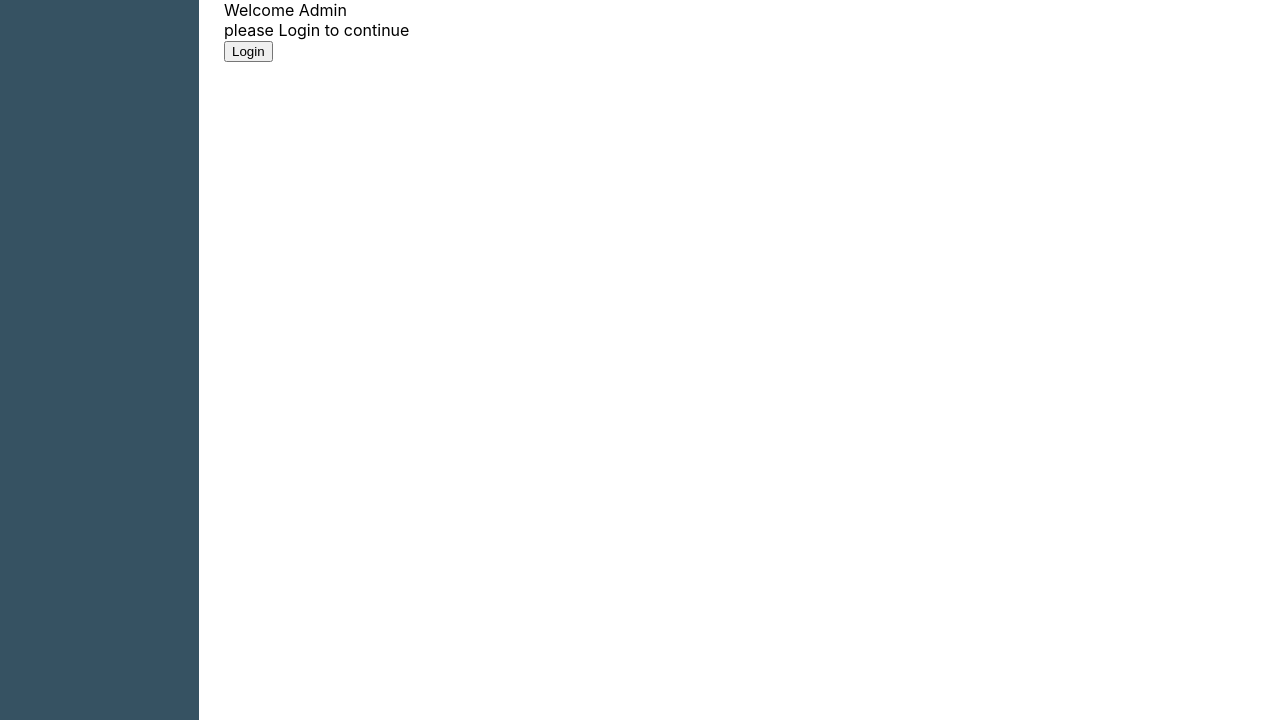
Repository: tatvanhco/shopee-admin
Page: /login
An editor plug-in stored every save of this project. The page is shown before and after the next save, followed by the edit.
The browser window is 1280 px wide. The pictures show the whole page.
The project was rebuilt for these pictures with package versions that can differ from the ones it lists, and the page was loaded fresh each time. Also part of the build but not shown: src/components/common/NotFound.tsx, src/components/common/PrivateRoute.tsx, src/components/layout/Innercontext.tsx, src/components/layout/dashboard.tsx, src/components/layout/productManager.tsx, src/components/layout/ManageOrders.tsx, src/components/layout/catalogManager.tsx, src/components/layout/customerManager.tsx and 5 more.

Above is the page before, as saved 2022-09-28 17:19:53.

### src/index.tsx
import React from 'react';
import { createRoot } from 'react-dom/client';
import { Provider } from 'react-redux';
import { store } from './app/store';
import App from './App';
import reportWebVitals from './reportWebVitals';
import './index.scss';
import { BrowserRouter } from 'react-router-dom';

const container = document.getElementById('root')!;
const root = createRoot(container);

root.render(
    <React.StrictMode>
        <Provider store={store}>
            <BrowserRouter>
                <App />
            </BrowserRouter>
        </Provider>
    </React.StrictMode>,
);

// If you want to start measuring performance in your app, pass a function
// to log results (for example: reportWebVitals(console.log))
// or send to an analytics endpoint. Learn more: https://bit.ly/CRA-vitals
reportWebVitals();

### src/app/store.ts
import { configureStore, ThunkAction, Action, getDefaultMiddleware } from '@reduxjs/toolkit';
import createSagaMiddleware from '@redux-saga/core';

const sagaMiddleware = createSagaMiddleware();

export const store = configureStore({
    reducer: {},
    middleware: (getDefaultMiddleware) => getDefaultMiddleware().concat(sagaMiddleware),
});

export type AppDispatch = typeof store.dispatch;
export type RootState = ReturnType<typeof store.getState>;
export type AppThunk<ReturnType = void> = ThunkAction<ReturnType, RootState, unknown, Action<string>>;

### src/App.tsx
import SideBar from 'components/layout/Sidebar';
import MainRouter from 'routes/mainRouter';
import './App.scss';
import './asset/globalStyle/globalStyle.scss';

function App() {
    return (
        <div className="App">
            <SideBar />
            <div className="App__Content">
                <div className="warpper">
                    <MainRouter />
                </div>
            </div>
        </div>
    );
}

export default App;

### src/components/layout/Sidebar.tsx
import * as React from 'react';
import clsx from 'clsx';
import { Link, useLocation, useNavigate } from 'react-router-dom';
import styles from './layout.module.scss';

const SideBar = () => {
    const location = useLocation();
    const navigate = useNavigate();

    const useAuth = () => {
        const checkLogin = localStorage.getItem('user');
        if (checkLogin) {
            return true;
        } else {
            return false;
        }
    };

    const user = useAuth();
    const handleLogout = () => {
        localStorage.removeItem('user');
        navigate('/login');
    };
    return (
        <div className={styles.sideBar}>
            <div className={styles.sideBar__items}>
                {user && (
                    <>
                        <Link
                            to="/dashboard"
                            className={clsx(
                                location.pathname === '/dashboard' ? styles.sidebar_active : '',
                                styles.sideBar__item,
                            )}
                        >
                            Thống kê
                        </Link>
                        <Link
                            to="/productManager"
                            className={clsx(
                                location.pathname === '/productManager' ? styles.sidebar_active : '',
                                styles.sideBar__item,
                            )}
                        >
                            Quản lý sản phẩm
                        </Link>
                        <Link
                            to="/customerManager"
                            className={clsx(
                                location.pathname === '/customerManager' ? styles.sidebar_active : '',
                                styles.sideBar__item,
                            )}
                        >
                            Quản lý khách hàng
                        </Link>
                        <Link
                            to="/emloyeeManager"
                            className={clsx(
                                location.pathname === '/emloyeeManager' ? styles.sidebar_active : '',
                                styles.sideBar__item,
                            )}
                        >
                            Quản lý nhân viên
                        </Link>
                        <Link
                            to="/catalogManager"
                            className={clsx(
                                location.pathname === '/catalogManager' ? styles.sidebar_active : '',
                                styles.sideBar__item,
                            )}
                        >
                            Quản lý danh mục
                        </Link>
                        <Link
                            to="/manageOrders"
                            className={clsx(
                                location.pathname === '/manageOrders' ? styles.sidebar_active : '',
                                styles.sideBar__item,
                            )}
                        >
                            Quản lý đơn hàng
                        </Link>
                        <Link
                            to="/inventoryManagement"
                            className={clsx(
                                location.pathname === '/inventoryManagement' ? styles.sidebar_active : '',
                                styles.sideBar__item,
                            )}
                        >
                            Quản lý kho
                        </Link>
                        {location.pathname !== '/login' && (
                            <button onClick={handleLogout} className={styles.logout_btn}>
                                Đăng xuất
                            </button>
                        )}
                    </>
                )}
                {!user}
            </div>
        </div>
    );
};

export default SideBar;

### src/routes/mainRouter.tsx
import { PrivateRoute, PublicRoute } from 'components/common';
import {
    CatalogManager,
    CustomerManager,
    Dashboard,
    EmloyeeManager,
    InnerContent,
    InventoryManagement,
    ManageOrders,
    ProductManager,
} from 'components/layout';
import LoginPage from 'features/auth/pages/loginPage';
import * as React from 'react';
import { Navigate, Route, Routes } from 'react-router-dom';
const MainRouter = () => (
    <Routes>
        <Route path="/" element={<PrivateRoute />}>
            <Route path="/" element={<InnerContent />}>
                <Route path="/" element={<Navigate replace to="/dashboard" />} />
                <Route path="/dashboard" element={<Dashboard />} />
                <Route path="/productManager" element={<ProductManager />} />
                <Route path="/customerManager" element={<CustomerManager />} />
                <Route path="/emloyeeManager" element={<EmloyeeManager />} />
                <Route path="/catalogManager" element={<CatalogManager />} />
                <Route path="/manageOrders" element={<ManageOrders />} />
                <Route path="/inventoryManagement" element={<InventoryManagement />} />
            </Route>
        </Route>
        <Route path="login" element={<PublicRoute />}>
            <Route path="/login" element={<LoginPage />}></Route>
        </Route>
    </Routes>
);

export default MainRouter;

### src/App.scss
.App {
    display: flex;
}

.App__Content {
    position: relative;
    left: 15%;
    right: 0;
    top: 0;
    bottom: 0;
    width: calc(100% - 15%);
}

.warpper {
    padding: 0 2rem;
}

### src/components/layout/layout.module.scss
.sideBar {
    width: calc(100% - 86%);
    background-color: #365262;
    color: #ebf8fe;
    padding-top: 50px;
    padding-left: 20px;
    height: 100vh;
    position: fixed;
}

.sideBar__items {
    display: flex;
    flex-direction: column;
}

.sideBar__item {
    text-decoration: none;
    color: #fff;
    font-size: 20px;
    font-weight: 600;
    margin: 10px 0;

    &:hover {
        color: aqua;
    }
}

.logout_btn {
    width: 70%;
    height: 30px;
    border: none;
    outline: none;
    border-radius: 20px;
    margin: 20px;
}

.sidebar_active {
    background-color: hsla(0, 0%, 100%, 0.1);
}

### src/components/common/index.ts
export * from './NotFound';
export * from './PrivateRoute';
export * from './publicRouter';

### src/components/layout/index.ts
export * from './Innercontext';
export * from './Sidebar';
export * from './dashboard';
export * from './productManager';
export * from './ManageOrders';
export * from './catalogManager';
export * from './customerManager';
export * from './emloyeeManager';
export * from './inventoryManagement';
export * from './statistical';
export * from './adminLayout';

### src/features/auth/pages/loginPage.tsx
import * as React from 'react';
import { useNavigate } from 'react-router-dom';
import styles from './pages.module.scss';

export default function LoginPage() {
    const navigate = useNavigate();
    const handleLogin = () => {
        localStorage.setItem('user', JSON.stringify({ role: 'Admin' }));
        navigate('/dashboard');
    };
    return (
        <div className={styles.Login_from}>
            <div>Welcome Admin</div>
            <div>please Login to continue</div>
            <button onClick={handleLogin}>Login</button>
        </div>
    );
}

### src/components/common/publicRouter.tsx
import * as React from 'react';
import { Navigate, Outlet, Route } from 'react-router-dom';

const useAuth = () => {
    const checkLogin = localStorage.getItem('user');
    if (checkLogin) {
        return true;
    } else {
        return false;
    }
};

export function PublicRoute(props: any) {
    const checkLogin = useAuth();
    return checkLogin ? <Navigate to="/dashboard" /> : <Outlet />;
}

### src/features/auth/pages/pages.module.scss
.Login_from {
    width: 250px;
    height: 400px;
    margin: 25 auto;
}

Loaded but not shown: public/index.html (common file); src/reportWebVitals.ts (common file); src/index.scss (common file)

After the next save:
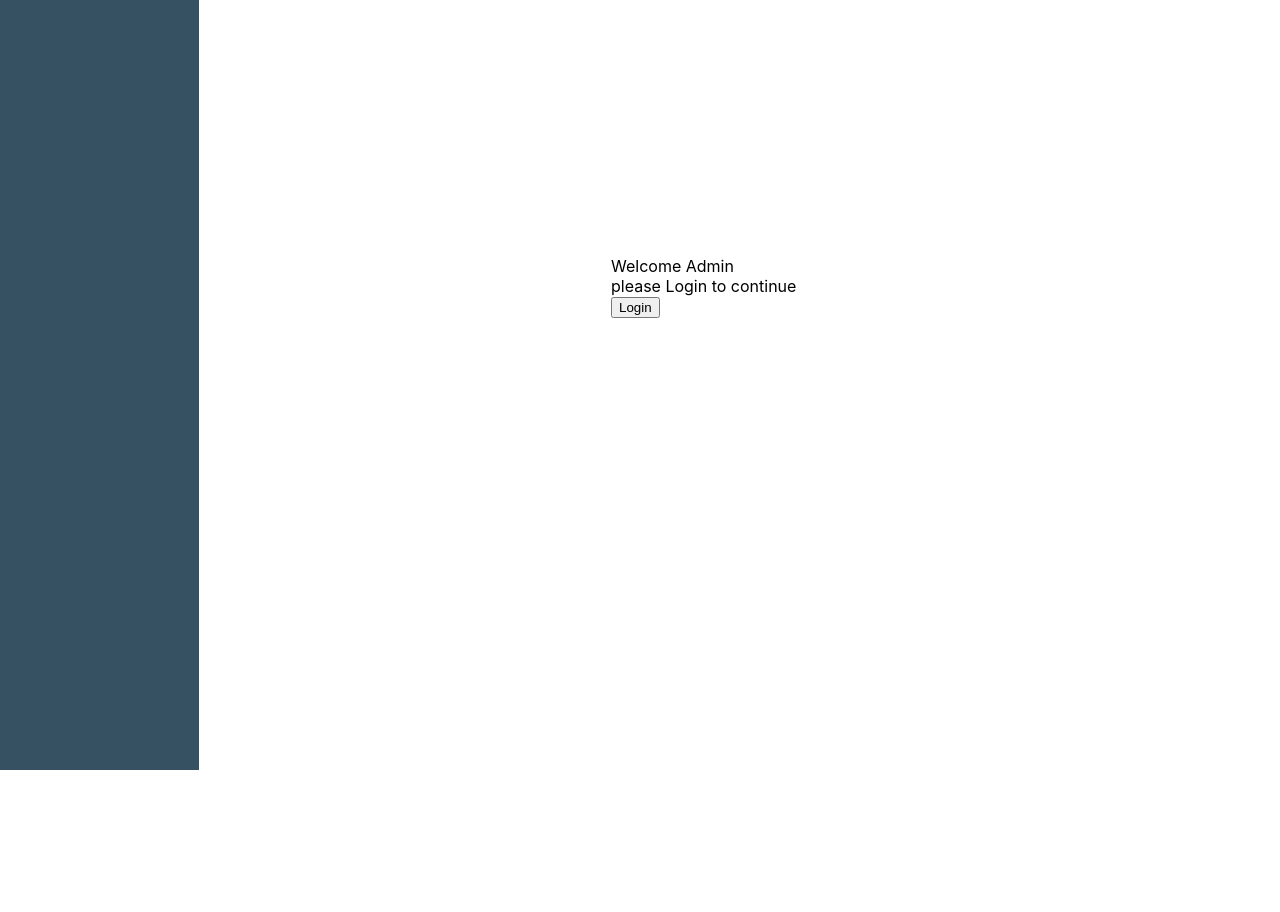
Saved 4 s later.
--- a/src/features/auth/pages/pages.module.scss
+++ b/src/features/auth/pages/pages.module.scss
@@ -1,5 +1,5 @@
 .Login_from {
     width: 250px;
     height: 400px;
-    margin: 25 auto;
+    margin: 25% auto;
 }
